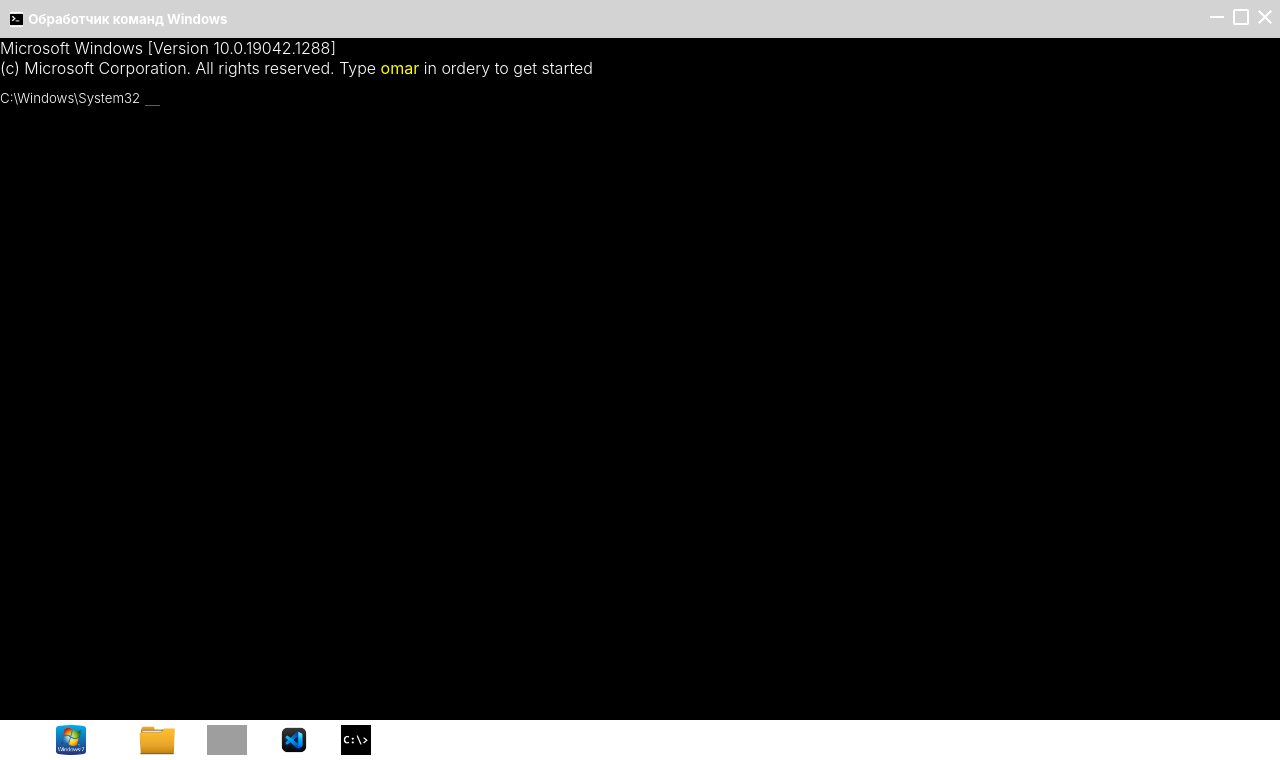
Repository: om1ars/cmd-port
Page: /
These files come from the project's save history. The page is drawn as it stood at one moment and after a run of saves; the edit follows.
The browser window is 1280 px wide. The pictures show the whole page.
Pictures or frames that could not be fetched are drawn as grey boxes. The project was rebuilt for these pictures with package versions that can differ from the ones it lists, and the page was loaded fresh each time.

Above is the page before, as saved 2021-11-04 17:06:18.

### src/index.css
* {
  margin: 0;
  overflow-x: hidden;
}
body {
  margin: 0;
  font-family: -apple-system, BlinkMacSystemFont, 'Segoe UI', 'Roboto', 'Oxygen',
    'Ubuntu', 'Cantarell', 'Fira Sans', 'Droid Sans', 'Helvetica Neue',
    sans-serif;
  -webkit-font-smoothing: antialiased;
  -moz-osx-font-smoothing: grayscale;
}

code {
  font-family: source-code-pro, Menlo, Monaco, Consolas, 'Courier New',
    monospace;
}

### src/App.js
import { Close, CropSquare, Fastfood, Remove } from "@material-ui/icons";
import { useState } from "react";
import cmd from "./assets/cdm3.png";
import { Footer } from "./Footer";
import "./styles.css";

function App() {
  const [state, setState] = useState("");
  const [stateSecond, setStateSecond] = useState("");
  const [omar, setOmar] = useState("");
  const [please, setPlease] = useState("");
  const [port, setPort] = useState("");
  const [about, setAbout] = useState("");
  const [exit, setExit] = useState("");
  const [shrink, setShrink] = useState(false);
  const [closeIcon, setCloseIcon] = useState(false);

  console.log(state);

  const handleSubmit = (e) => {
    e.preventDefault();
    setState("");
  };

  const handleSubmitSecond = (e) => {
    e.preventDefault();
    setStateSecond("");
  };

  const handleClick = () => {
    if (state === "omar") {
      setOmar("omar");
      setPlease("");
    } else if (state === "") {
      setPlease("Please type something otherwise you can not see anything");
      setOmar("");
    }
  };
  const handleClickSecond = () => {
    if (stateSecond === "exit") {
      setExit("exited");
      setAbout("");
      setPort("");
    } else if (stateSecond === "port") {
      setPort("port");
      setAbout("");
      setExit("");
    } else if (stateSecond === "about") {
      setPort("about");
      setAbout("");
      setExit("");
    }
  };

  const handleShrink = () => {
    setShrink(!shrink);
  };

  const handleCloseIcon = () => {
    setCloseIcon(!closeIcon);
  };

  return (
    <>
    <div
      className={`App__container ${shrink && `shrink`} ${closeIcon && `close`}`}
    >
      <div className="App__navbar">
        <div className="left">
          <img src={cmd} />
          <h5>Обработчик команд Windows</h5>
        </div>
        <div className="right">
          <Remove />
          <CropSquare onClick={handleShrink} />
          <Close onClick={handleCloseIcon} />
        </div>
      </div>
      <div className="app__context">
        <p>
          Microsoft Windows [Version 10.0.19042.1288] <br /> (c) Microsoft
          Corporation. All rights reserved. Type <span> omar </span> in ordery
          to get started
        </p>
        <h5>
          C:\Windows\System32
          <form onSubmit={handleSubmit}>
            <input
              value={state}
              onChange={(e) => setState(e.target.value)}
              type="text"
              placeholder="__"
            />
            <button type="submit" onClick={handleClick}></button>
          </form>
        </h5>
        {please && <h1>{please}</h1>}
        {omar && (
          <div className="second__layer">
            <h1>My name is Omar and I am a Fullstack Developer</h1>
            <p>
              Type <span>port</span> to get my portfolio
            </p>
            <p>
              Type <span>about</span> to get about me
            </p>
            <p>
              Type <span>exit</span> to quit
            </p>
            <h5>
              C:\Windows\System32
              <form onSubmit={handleSubmitSecond}>
                <input
                  value={stateSecond}
                  onChange={(e) => setStateSecond(e.target.value)}
                  type="text"
                  placeholder="__"
                />
                <button type="submit" onClick={handleClickSecond}></button>
              </form>
            </h5>
          </div>
        )}
        {port && <p className="">{port}</p>}
        {about && <p className="">{about}</p>}
        {exit && <p className="">{exit}</p>}
      </div>
    </div>
    <Footer />
    </>
  );
}

export default App;

### src/Footer.js
import React from "react";
import cdm from  "./assets/cdm.png";
import vs from "./assets/vs.jpg";
import google from "./assets/google.png";
import folderd from "./assets/folderd.jpg";
import windows from "./assets/windows.jpg";

export const Footer = () => {
  return (
    <div className="footer">
      <div className="icons">
          <div></div>
        <img className='windows' src={windows} />
        <img src={folderd} />
        <img src={google} />
        <img src={vs} />
        <img src={cdm} />
      </div>
      <div className="hours"></div>
    </div>
  );
};

### src/styles.css
.App__container {
  background-color: black;
  min-height: 100vh;
  color: white;
}
.App__navbar {
  /* height: 25px; */
  width: 99%;
  padding-right: 25px;
  background-color: lightgray;
  padding-left: 10px;
  padding-top: 5px;
  display: flex;
  padding-bottom: 5px;
  align-items: center;
}
.App__navbar > h5 {
  color: black;
}
.left {
  display: flex;
  align-items: center;
}
.left > img {
  height: 15px;
  margin-right: 5px;
  object-fit: contain;
}

.app__context > p {
  font-weight: 300;
}
.app__context > h5 {
  margin-top: 12px;
  font-weight: 300;
  margin-right: 5px;
}

input {
  border: none;
  outline: none;
  width: 80%;
  background-color: black;
}
input {
  color: yellow;
  margin-left: 3px;
}
button {
  display: none;
}
.app__context > h5 {
  display: flex;
}
.app__context > p > span {
  color: yellow;
  font-weight: 400;
}
.App__navbar {
  display: flex;
  align-items: center;
  justify-content: space-between;
}
.please {
  color: yellow;
  font-weight: 400;
}

.second__layer {
  display: flex;
  flex-direction: column;
}
.second__layer > p > span {
  color: yellow;
  font-weight: 400;
  margin-bottom: 10px;
}

.second__layer > h5 {
  margin-top: 25px;
}
.shrink {
  width: 800px;
  min-height: 500px;
  margin: auto;
}
.close {
  display: none;
}

.footer {
  display: flex;
  justify-content: space-between;
  align-items: center;
  padding: 5px 8px;
}
.icons {
  display: flex;
  align-items: center;
  justify-content: space-around;
  flex: 0.3;
}
.icons > img {
  height: 30px;
  object-fit: contain;
  cursor: pointer;
}
.icons:hover > img {
  background-color: gray;
}
.windows {
  margin-right: 20px;
}

Loaded but not shown: public/index.html (common file); src/index.js (common file)

After the next 5 saves:
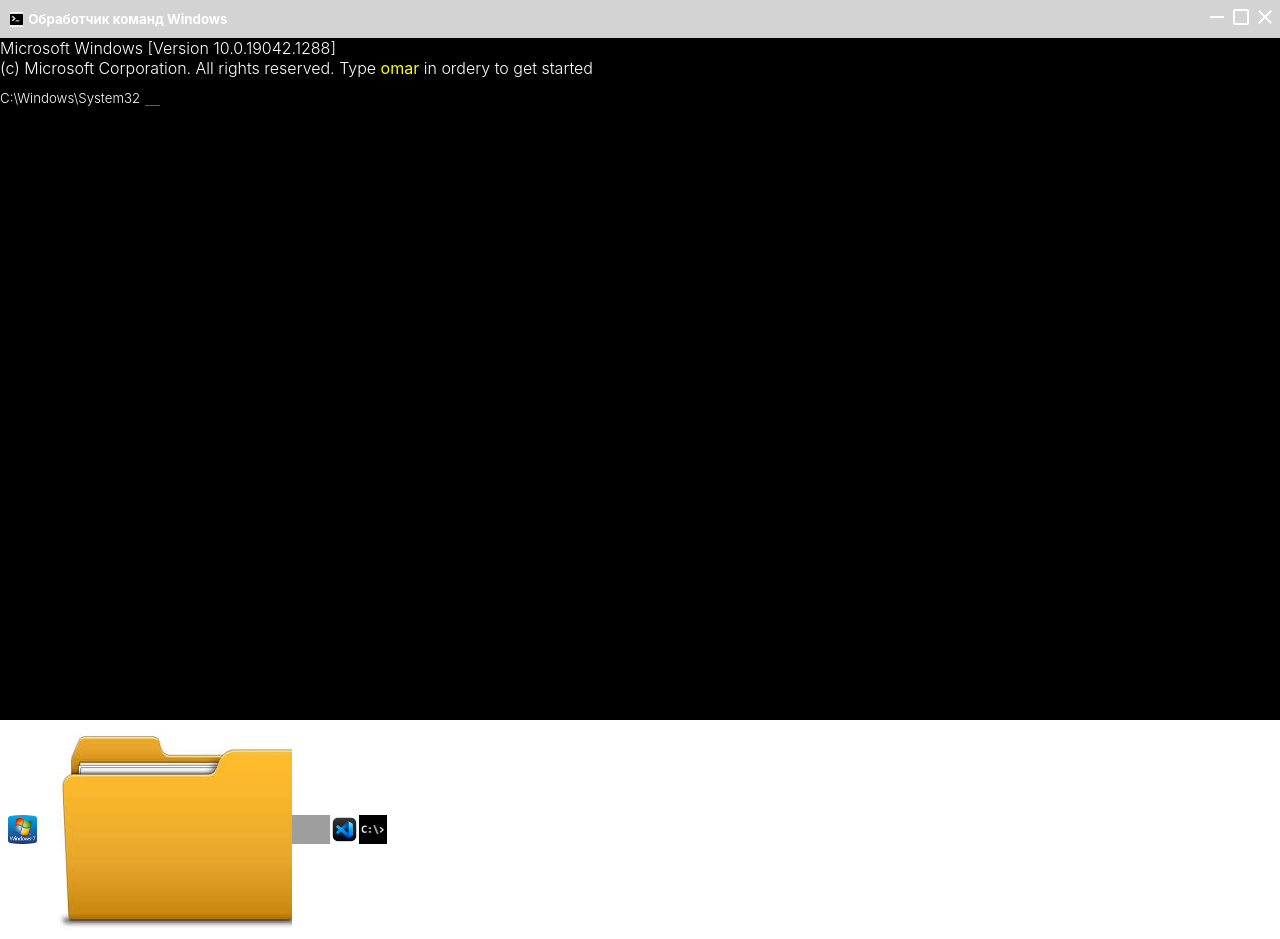
The 5 saves are shown as one change because they came seconds apart.
The last was saved 13 s later.
--- a/src/Footer.js
+++ b/src/Footer.js
@@ -1,5 +1,5 @@
 import React from "react";
-import cdm from  "./assets/cdm.png";
+import cdm from "./assets/cdm.png";
 import vs from "./assets/vs.jpg";
 import google from "./assets/google.png";
 import folderd from "./assets/folderd.jpg";
@@ -9,9 +9,15 @@
   return (
     <div className="footer">
       <div className="icons">
-          <div></div>
-        <img className='windows' src={windows} />
-        <img src={folderd} />
+        <div></div>
+        <div></div>
+        <div></div>
+        <div></div>
+        <img className="windows" src={windows} />
+
+        <div>
+          <img src={folderd} />
+        </div>
         <img src={google} />
         <img src={vs} />
         <img src={cdm} />
